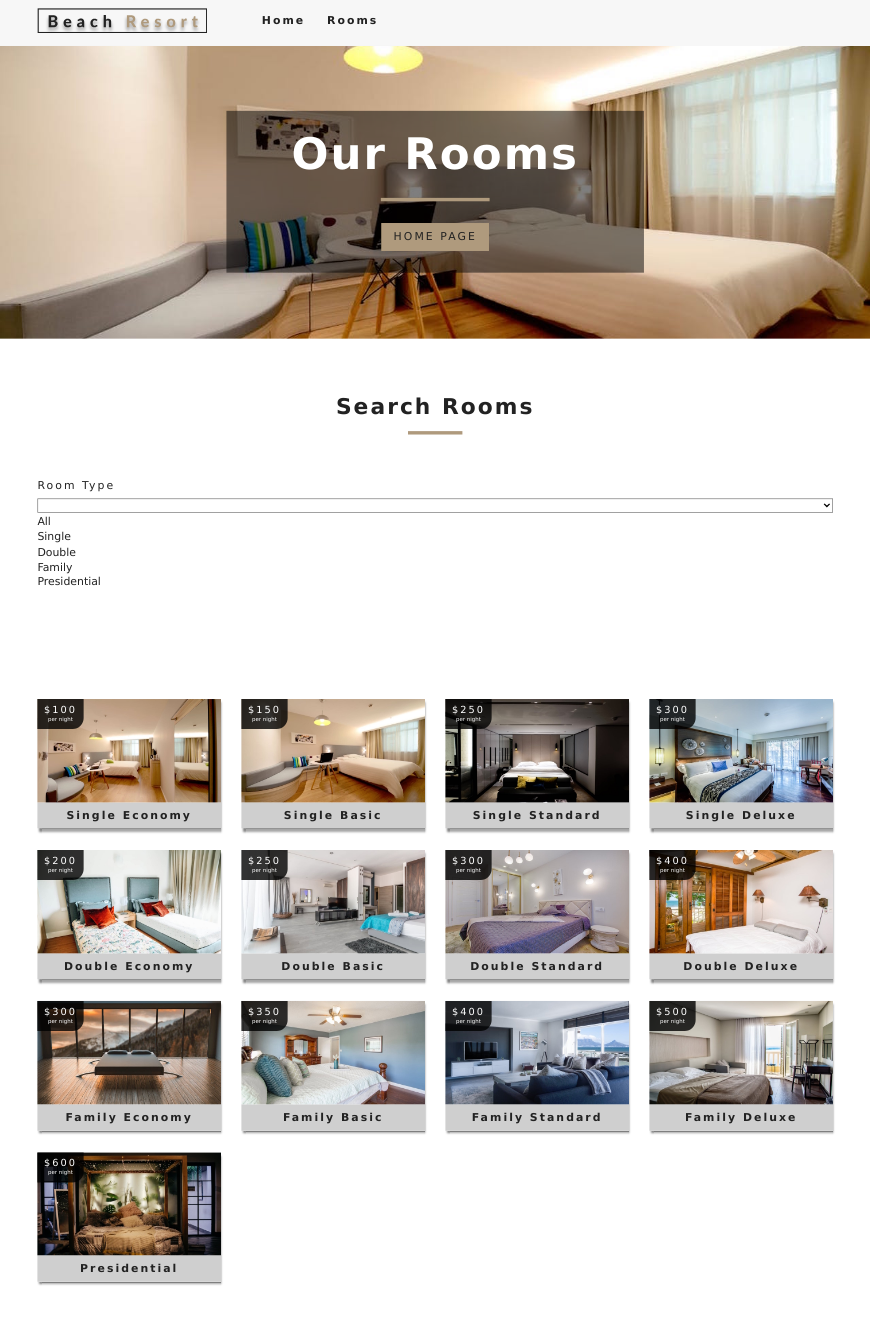
Repository: sanchit01garg/react-beachResort
Page: /rooms
An editor plug-in stored every save of this project. The page is shown before and after the next save, followed by the edit.
The browser window is 1280 px wide. The pictures show the whole page, at 68% of full size.
The project was rebuilt for these pictures with package versions that can differ from the ones it lists, and the page was loaded fresh each time. Also part of the build but not shown: src/components/Services.js, src/components/FeaturedRooms.js, src/pages/Home.js, src/pages/Error.js, src/components/StyledHero.js, src/pages/SingleRoom.js.

Above is the page before, as saved 2021-01-08 17:17:48.

After the next save:
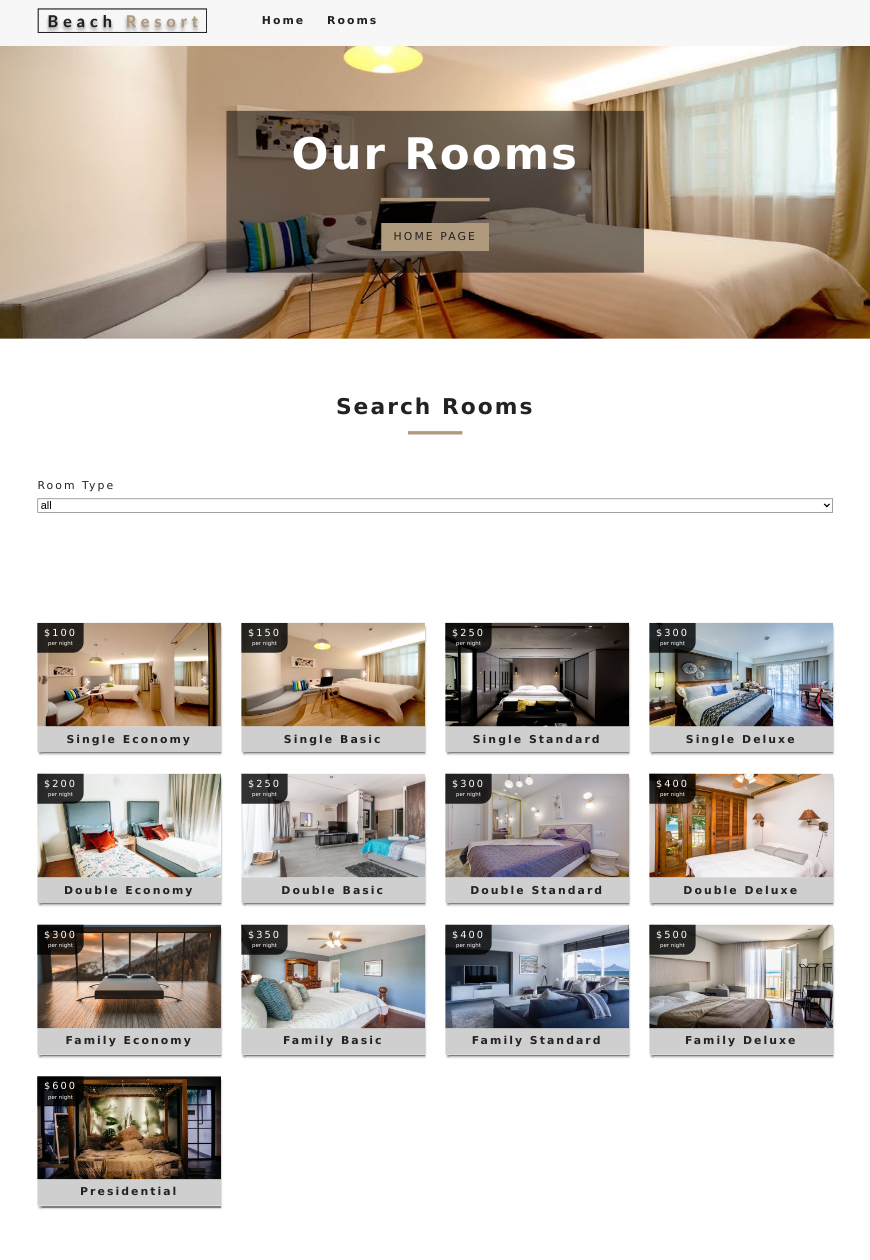
Saved 32 s later.
--- a/src/components/RoomsFilter.js
+++ b/src/components/RoomsFilter.js
@@ -42,8 +42,9 @@ export default function RoomsFilter({ rooms }) {
             onChange={handleChange}
             className="form-control"
             value={type}
-          />
-          {types}
+          >
+            {types}
+          </select>
         </div>
       </form>
     </section>
